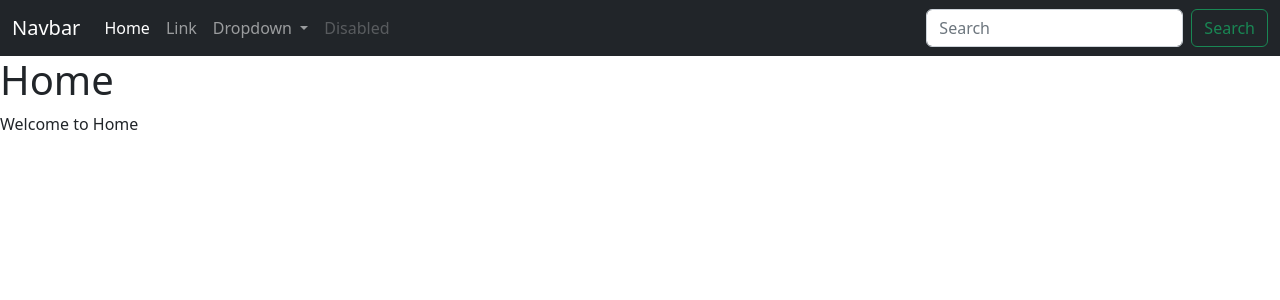
Repository: BlessingAjiboye/WEEJ4JULIO
Page: http://localhost/
These files come from the project's save history. The page is drawn as it stood at one moment and after the next save; the edit follows.
The browser window is 1280 px wide. The pictures show the whole page.
The page is served by the project's Node server (server.js).

Above is the page before, as saved 2022-09-22 15:42:59.

After the next save:
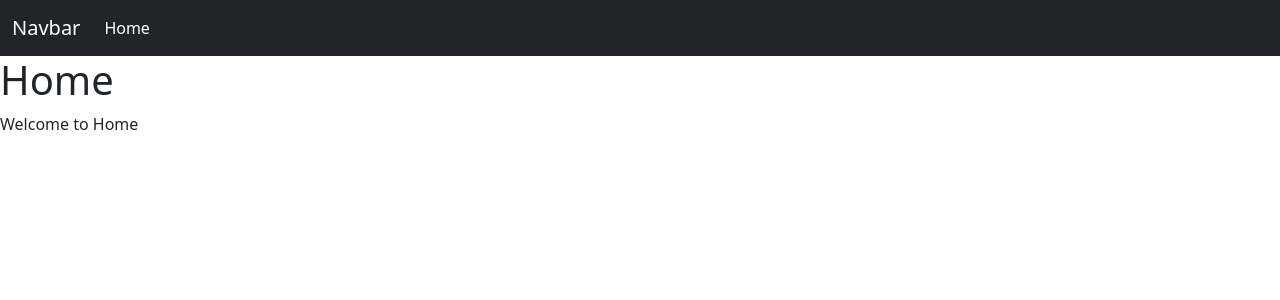
Saved 55 s later.
--- a/views/index.ejs
+++ b/views/index.ejs
@@ -21,28 +21,7 @@
           <li class="nav-item">
             <a class="nav-link active" aria-current="page" href="#">Home</a>
           </li>
-          <li class="nav-item">
-            <a class="nav-link" href="#">Link</a>
-          </li>
-          <li class="nav-item dropdown">
-            <a class="nav-link dropdown-toggle" href="#" role="button" data-bs-toggle="dropdown" aria-expanded="false">
-              Dropdown
-            </a>
-            <ul class="dropdown-menu">
-              <li><a class="dropdown-item" href="#">Action</a></li>
-              <li><a class="dropdown-item" href="#">Another action</a></li>
-              <li><hr class="dropdown-divider"></li>
-              <li><a class="dropdown-item" href="#">Something else here</a></li>
-            </ul>
-          </li>
-          <li class="nav-item">
-            <a class="nav-link disabled">Disabled</a>
-          </li>
-        </ul>
-        <form class="d-flex" role="search">
-          <input class="form-control me-2" type="search" placeholder="Search" aria-label="Search">
-          <button class="btn btn-outline-success" type="submit">Search</button>
-        </form>
+
       </div>
     </div>
   </nav>
